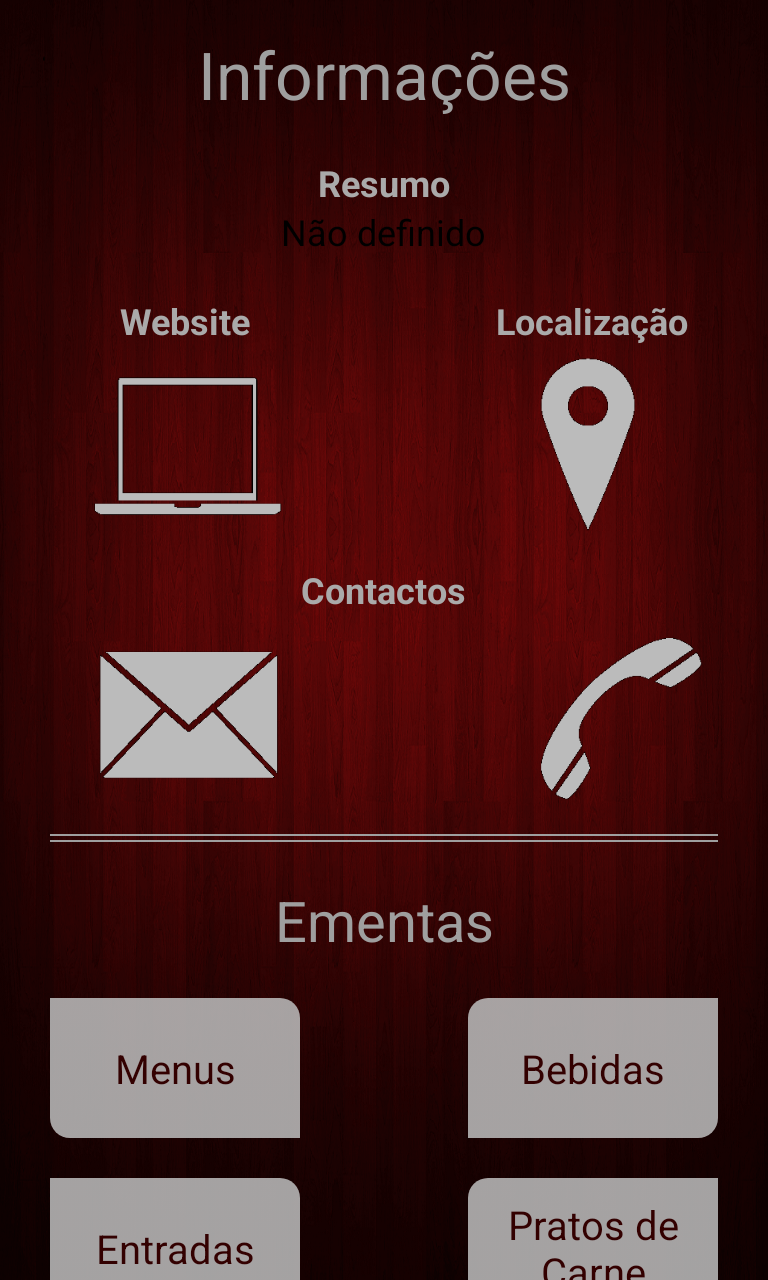
Repository: LuisFilipeDias/eMenu
Layout: SideMenuTutorial/res/layout/fragment.xml
These files come from the project's save history. The layout is drawn as it stood at one moment and after the next save; the edit follows.
It is drawn on a 768 x 1280 px phone screen (xhdpi) without system bars, with theme Theme.Sherlock; the app's code is not run.

Above is the layout before, as saved 2013-12-23 22:33:50.

### SideMenuTutorial/res/layout/fragment.xml
<LinearLayout xmlns:android="http://schemas.android.com/apk/res/android"
    xmlns:tools="http://schemas.android.com/tools"
    android:id="@+id/LinearLayout1"
    android:layout_width="match_parent"
    android:layout_height="match_parent"
    android:orientation="vertical"
    android:background="@drawable/back_a"
    tools:context=".MainActivity" >

    <ScrollView
        android:id="@+id/scrollView1"
        android:layout_width="match_parent"
        android:layout_height="match_parent">

	    <RelativeLayout
	        android:layout_width="match_parent"
	        android:layout_height="match_parent"
	        android:layout_marginLeft="25dp"
	        android:layout_marginRight="25dp" >

		    <RelativeLayout
		        android:id="@+id/relative_1"
		        android:layout_width="match_parent"
		        android:layout_height="match_parent"
		        android:layout_alignParentLeft="true"
		        android:layout_alignParentRight="true" >

		   		<TextView
		        	android:id="@+id/info_ttl"
		            android:text="@string/info_ttl"
		            android:textColor="@color/emenu_color"
		            android:layout_width="match_parent"
		            android:layout_height="match_parent"
	            	android:layout_marginTop="15dp"
		            android:textAppearance="?android:attr/textAppearanceLarge"
	            	android:gravity="center_horizontal|center_vertical"
		            android:textSize="33sp"/>

			    <TextView
			        android:id="@+id/resumee_ttl"
			        android:layout_width="wrap_content"
			        android:layout_height="wrap_content"
			        android:layout_below="@+id/info_ttl"
			        android:layout_centerHorizontal="true"
			        android:layout_marginTop="20dp"
			        android:text="@string/resumee_ttl"
			        android:textAppearance="?android:attr/textAppearanceLarge"
			        android:textColor="@android:color/darker_gray"
			        android:textSize="18sp"
			        android:textStyle="bold" />

			    <TextView
			        android:id="@+id/resumee_txt"
			        android:layout_width="wrap_content"
			        android:layout_height="wrap_content"
			        android:layout_below="@+id/resumee_ttl"
			        android:layout_centerHorizontal="true"
			        android:text="@string/resumee_txt"
			        android:textAppearance="?android:attr/textAppearanceLarge"
			        android:textSize="18sp" />

		   		<TextView
		            android:id="@+id/website_ttl"
		            android:text="@string/website_ttl"
		            android:textStyle="bold"
		            android:textColor="@android:color/darker_gray"
		            android:layout_width="wrap_content"
		            android:layout_height="wrap_content"
	            	android:layout_marginTop="20dp"
	            	android:layout_marginLeft="35dp"
	            	android:layout_below="@+id/resumee_txt"
		            android:textAppearance="?android:attr/textAppearanceLarge"
		            android:clickable="true"
		            android:textSize="18sp" />

		   		<Button
		            android:id="@+id/website_txt"
		            android:layout_width="100dp"
		            android:layout_height="100dp"
	            	android:layout_marginLeft="-15dp"
	            	android:layout_below="@+id/website_ttl"
			        android:layout_alignLeft="@+id/website_ttl"
	            	android:background="@drawable/website_clicked"
	            	android:onClick="websiteClicked" />

			   	<TextView
			       	android:id="@+id/location_ttl"
			       	android:layout_width="wrap_content"
			       	android:layout_height="wrap_content"
	               	android:layout_marginTop="20dp"
	               	android:layout_marginRight="15dp"
			       	android:layout_alignParentRight="true"
	            	android:layout_below="@+id/resumee_txt"
			       	android:clickable="true"
			       	android:text="@string/location_ttl"
			       	android:textAppearance="?android:attr/textAppearanceLarge"
			       	android:textColor="@android:color/darker_gray"
			       	android:textSize="18sp"
			       	android:textStyle="bold" />

			   	<Button
			       	android:id="@+id/location_txt"
			       	android:layout_width="100dp"
			       	android:layout_height="100dp"
	               	android:layout_below="@+id/location_ttl"
			       	android:layout_alignRight="@+id/location_ttl"
			       	android:background="@drawable/local_clicked"
			       	android:onClick="locationClicked" />

		   		<TextView
			       	android:id="@+id/contacts_ttl"
			       	android:layout_width="wrap_content"
			       	android:layout_height="wrap_content"
			       	android:layout_below="@+id/location_txt"
			       	android:layout_marginTop="10dp"
			       	android:clickable="true"
			       	android:text="@string/contacts_ttl"
			        android:layout_centerHorizontal="true"
			       	android:textAppearance="?android:attr/textAppearanceLarge"
			       	android:textColor="@android:color/darker_gray"
			       	android:textSize="18sp"
			       	android:textStyle="bold" />

		   		<TextView
		            android:id="@+id/email_txt"
	            	android:background="@drawable/email_clicked"
		            android:layout_width="100dp"
		            android:layout_height="100dp"
	            	android:layout_marginLeft="20dp"
	            	android:layout_below="@+id/contacts_ttl"
		            android:clickable="true"
	           	 	android:onClick="emailClicked" />

			   	<TextView
			       	android:id="@+id/phone_txt"
			       	android:background="@drawable/phone_clicked"
			       	android:layout_width="100dp"
			       	android:layout_height="100dp"
	            	android:layout_marginLeft="20dp"
	            	android:layout_below="@+id/contacts_ttl"
			       	android:layout_alignParentRight="true"
			       	android:clickable="true"
			       	android:onClick="phoneClicked" />

		    </RelativeLayout>

		        <View
		            android:id="@+id/sep_1"
		            android:background="@color/emenu_color"
		            android:layout_width="fill_parent"
		            android:layout_height="1dp"
		            android:layout_marginTop="10dp"
	            	android:layout_below="@+id/relative_1" />

		        <View
		            android:id="@+id/sep_2"
		            android:background="@color/emenu_color"
		            android:layout_width="fill_parent"
		            android:layout_height="1dp"
		            android:layout_marginBottom="10dp"
		            android:layout_marginTop="2dp"
	            	android:layout_below="@+id/sep_1"/>

		   <TextView
		            android:id="@+id/carte_ttl"
		            android:text="@string/carte_ttl"
		            android:textColor="@color/emenu_color"
		            android:layout_width="match_parent"
		            android:layout_height="match_parent"
	            	android:layout_marginTop="10dp"
		            android:textAppearance="?android:attr/textAppearanceLarge"
	            	android:gravity="center_horizontal|center_vertical"
	            	android:layout_below="@+id/sep_2"
		            android:textSize="28sp" />

	        <TextView
	            android:id="@+id/menu_txt"
	            android:text="@string/menu_txt"
	            android:textColor="@color/brown"
	            android:layout_width="125dp"
	            android:layout_height="70dp"
	            android:layout_marginTop="20dp"
	            android:layout_below="@+id/carte_ttl"
	            android:background="@drawable/left_clicked"
	            android:gravity="center_horizontal|center_vertical"
	            android:textAppearance="?android:attr/textAppearanceLarge"
		        android:clickable="true"
	            android:onClick="menuClicked"
	            android:textSize="20sp" />

	        <TextView
	            android:id="@+id/drinks_txt"
	            android:text="@string/drinks_txt"
	            android:textColor="@color/brown"
	            android:layout_width="125dp"
	            android:layout_height="70dp"
	            android:layout_marginTop="20dp"
	            android:layout_alignBottom="@+id/menu_txt"
	            android:layout_alignParentRight="true"
	            android:background="@drawable/right_clicked"
	            android:gravity="center_horizontal|center_vertical"
	            android:textAppearance="?android:attr/textAppearanceLarge"
	            android:clickable="true"
	            android:onClick="drinksClicked"
	            android:textSize="20sp" />

	        <TextView
	            android:id="@+id/entry_txt"
	            android:text="@string/entry_txt"
	            android:textColor="@color/brown"
	            android:layout_width="125dp"
	            android:layout_height="70dp"
	            android:layout_marginTop="20dp"
	            android:layout_alignParentLeft="true"
	            android:layout_below="@+id/menu_txt"
	            android:background="@drawable/left_clicked"
	            android:gravity="center_horizontal|center_vertical"
	            android:textAppearance="?android:attr/textAppearanceLarge"
	            android:clickable="true"
	            android:onClick="entryClicked"
	            android:textSize="20sp" />

	        <TextView
	            android:id="@+id/meat_txt"
	            android:text="@string/meat_txt"
	            android:textColor="@color/brown"
	            android:layout_width="125dp"
	            android:layout_height="70dp"
	            android:layout_marginTop="20dp"
	            android:layout_alignBottom="@+id/entry_txt"
	            android:layout_alignParentRight="true"
	            android:background="@drawable/right_clicked"
	            android:gravity="center_horizontal|center_vertical"
	            android:textAppearance="?android:attr/textAppearanceLarge"
	            android:clickable="true"
	            android:onClick="meatClicked"
	            android:textSize="20sp" />

	        <TextView
	            android:id="@+id/fish_txt"
	            android:text="@string/fish_txt"
	            android:textColor="@color/brown"
	            android:layout_width="125dp"
	            android:layout_height="70dp"
	            android:layout_below="@+id/meat_txt"
	            android:layout_marginTop="20dp"
	            android:background="@drawable/left_clicked"
	            android:gravity="center_horizontal|center_vertical"
	            android:textAppearance="?android:attr/textAppearanceLarge"
	            android:clickable="true"
	            android:onClick="fishClicked"
	            android:textSize="20sp" />

	        <TextView
	            android:id="@+id/others_txt"
	            android:text="@string/others_txt"
	            android:textColor="@color/brown"
	            android:layout_width="125dp"
	            android:layout_height="70dp"
	            android:layout_marginTop="20dp"
	            android:layout_alignBottom="@+id/fish_txt"
	            android:layout_alignParentRight="true"
	            android:background="@drawable/right_clicked"
	            android:gravity="center_horizontal|center_vertical"
	            android:textAppearance="?android:attr/textAppearanceLarge"
	            android:clickable="true"
	            android:onClick="othersClicked"
	            android:textSize="20sp" />

	        <TextView
	            android:id="@+id/deserts_txt"
	            android:text="@string/deserts_txt"
	            android:textColor="@color/brown"
	            android:layout_width="125dp"
	            android:layout_height="70dp"
	            android:layout_marginTop="20dp"
	            android:layout_below="@+id/others_txt"
	            android:layout_centerHorizontal="true"
	            android:background="@drawable/center_clicked"
	            android:gravity="center_horizontal|center_vertical"
	            android:textAppearance="?android:attr/textAppearanceLarge"
	            android:clickable="true"
	            android:textSize="20sp"
	            android:onClick="desertClicked"
        		android:layout_marginBottom="20dp"/>

		   <View
		        android:id="@+id/sep_3"
		        android:background="@color/emenu_color"
		        android:layout_width="fill_parent"
		        android:layout_height="1dp"
		        android:layout_marginTop="20dp"
	         	android:layout_below="@+id/deserts_txt" />

	    </RelativeLayout>
    </ScrollView>

</LinearLayout>

### SideMenuTutorial/res/values/strings.xml
<?xml version="1.0" encoding="utf-8"?>
<resources>


    <string name="drawer_close">drawer_close</string>
    <string name="drawer_open">drawer_open</string>
    <string name="title_activity_fetch_database">title_activity_fetch_database</string>
    <string name="title_activity_main">Escolher Restaurante</string>
    <string name="title_activity_display">Escolher Opção</string>
    <string name="title_activity_menu">Restaurantes</string>
    <string name="title_display_activity">Escolher</string>
    <string name="action_settings">action_settings</string>
    <string name="Fragment1">Fragment1</string>
    <string name="Fragment2">Fragment2</string>
    <string name="Fragment3">Fragment3</string>
    <string name="hello_world">Hello</string>
    <string name="Fragment1">Fragment1</string>
    <string name="menu_settings">Definições</string>

    <string name="menu_txt">Menus</string>
    <string name="entry_txt">Entradas</string>
    <string name="meat_txt">Pratos de Carne</string>
    <string name="fish_txt">Pratos de peixe</string>
    <string name="others_txt">Outros Pratos</string>
    <string name="deserts_txt">Sobremesas</string>
    <string name="drinks_txt">Bebidas</string>

    <string name="app_name">eMenu</string>
    <string name="carte_ttl">Ementas</string>
    <string name="info_ttl">Informações</string>

    <string name="resumee_ttl">Resumo</string>
    <string name="resumee_txt">Não definido    </string>
    <string name="website_ttl">Website</string>
    <string name="website_txt">Não definido    </string>
    <string name="location_ttl">Localização</string>
    <string name="location_txt">Não definido    </string>
    <string name="contacts_ttl">Contactos</string>
    <string name="phone_txt">- Telefones -</string>
    <string name="email_txt">- Emails -</string>

    <string name="bogus_ttl">Opção</string>
    <string name="bogus_txt"> - Não disponível...\n\n</string>
    <string name="bogus_price"> </string>

    <string name="left_btn_txt">Left</string>
    <string name="right_btn_txt">Right</string>
</resources>

### SideMenuTutorial/res/values/colors.xml
<?xml version="1.0" encoding="utf-8"?>
<resources>
        <color name="background_color">#888888</color>
        <color name="text_color">#00FFFF</color>
        <color name="random_color">#0000FF</color>
        <color name="light_grey">#EBEBEB</color>
        <color name="medium_grey">#A0A0A0</color>
        <color name="dark_grey">#646464</color>
        <color name="light_red">#FFE2E2</color>
        <color name="medium_red">#FFB4B4</color>
        <color name="light_blue">#E2E2FF</color>
        <color name="medium_blue">#B4B4FF</color>
        <color name="dark_blue">#0000FF</color>
        <color name="light_green">#E2FFE2</color>
        <color name="medium_green">#B4FFB4</color>
        <color name="emenu_color">#9F9F9F</color>
        <color name="light_orange">#FFC983</color>
        <color name="medium_orange">#FFB778</color>
        <color name="light_yellow">#FFFFBF</color>
        <color name="medium_yellow">#FFFFA3</color>
        <color name="white">#FFFFFF</color>
        <color name="top_blue">#3399CC</color>
        <color name="brown">#330000</color>
</resources>

### SideMenuTutorial/res/drawable/website_clicked.xml
<?xml version="1.0" encoding="utf-8"?>
<selector xmlns:android="http://schemas.android.com/apk/res/android">
<!-- Button Focused-->
    <item   android:state_focused="true"
            android:state_pressed="false"
            android:drawable="@drawable/website_click"
            />
<!-- Button Focused Pressed-->
    <item   android:state_focused="true"
            android:state_pressed="true"
            android:drawable="@drawable/website_click"
            />
<!-- Button Pressed-->
    <item   android:state_focused="false"
            android:state_pressed="true"
            android:drawable="@drawable/website_click"
            />
<!-- Button Default Image-->
    <item   android:drawable="@drawable/website"/>

</selector>

### SideMenuTutorial/res/drawable/local_clicked.xml
<?xml version="1.0" encoding="utf-8"?>
<selector xmlns:android="http://schemas.android.com/apk/res/android">
<!-- Button Focused-->
    <item   android:state_focused="true"
            android:state_pressed="false"
            android:drawable="@drawable/local_click"
            />
<!-- Button Focused Pressed-->
    <item   android:state_focused="true"
            android:state_pressed="true"
            android:drawable="@drawable/local_click"
            />
<!-- Button Pressed-->
    <item   android:state_focused="false"
            android:state_pressed="true"
            android:drawable="@drawable/local_click"
            />
<!-- Button Default Image-->
    <item   android:drawable="@drawable/local"/>

</selector>

### SideMenuTutorial/res/drawable/email_clicked.xml
<?xml version="1.0" encoding="utf-8"?>
<selector xmlns:android="http://schemas.android.com/apk/res/android">
<!-- Button Focused-->
    <item   android:state_focused="true"
            android:state_pressed="false"
            android:drawable="@drawable/email_click"
            />
<!-- Button Focused Pressed-->
    <item   android:state_focused="true"
            android:state_pressed="true"
            android:drawable="@drawable/email_click"
            />
<!-- Button Pressed-->
    <item   android:state_focused="false"
            android:state_pressed="true"
            android:drawable="@drawable/email_click"
            />
<!-- Button Default Image-->
    <item   android:drawable="@drawable/email"/>

</selector>

### SideMenuTutorial/res/drawable/phone_clicked.xml
<?xml version="1.0" encoding="utf-8"?>
<selector xmlns:android="http://schemas.android.com/apk/res/android">
<!-- Button Focused-->
    <item   android:state_focused="true"
            android:state_pressed="false"
            android:drawable="@drawable/phone_click"
            />
<!-- Button Focused Pressed-->
    <item   android:state_focused="true"
            android:state_pressed="true"
            android:drawable="@drawable/phone_click"
            />
<!-- Button Pressed-->
    <item   android:state_focused="false"
            android:state_pressed="true"
            android:drawable="@drawable/phone_click"
            />
<!-- Button Default Image-->
    <item   android:drawable="@drawable/phone"/>

</selector>

### SideMenuTutorial/res/drawable/left_clicked.xml
<?xml version="1.0" encoding="utf-8"?>
<selector xmlns:android="http://schemas.android.com/apk/res/android">
<!-- Button Focused-->
    <item   android:state_focused="true"
            android:state_pressed="false"
            android:drawable="@drawable/left_bg"
            />
<!-- Button Focused Pressed-->
    <item   android:state_focused="true"
            android:state_pressed="true"
            android:drawable="@drawable/left_bg"
            />
<!-- Button Pressed-->
    <item   android:state_focused="false"
            android:state_pressed="true"
            android:drawable="@drawable/left_bg"
            />
<!-- Button Default Image-->
    <item   android:drawable="@drawable/left_hover"/>

</selector>

### SideMenuTutorial/res/drawable/right_clicked.xml
<?xml version="1.0" encoding="utf-8"?>
<selector xmlns:android="http://schemas.android.com/apk/res/android">
<!-- Button Focused-->
    <item   android:state_focused="true"
            android:state_pressed="false"
            android:drawable="@drawable/right_bg"
            />
<!-- Button Focused Pressed-->
    <item   android:state_focused="true"
            android:state_pressed="true"
            android:drawable="@drawable/right_bg"
            />
<!-- Button Pressed-->
    <item   android:state_focused="false"
            android:state_pressed="true"
            android:drawable="@drawable/right_bg"
            />
<!-- Button Default Image-->
    <item   android:drawable="@drawable/right_hover"/>

</selector>

### SideMenuTutorial/res/drawable/center_clicked.xml
<?xml version="1.0" encoding="utf-8"?>
<selector xmlns:android="http://schemas.android.com/apk/res/android">
<!-- Button Focused-->
    <item   android:state_focused="true"
            android:state_pressed="false"
            android:drawable="@drawable/center_bg"
            />
<!-- Button Focused Pressed-->
    <item   android:state_focused="true"
            android:state_pressed="true"
            android:drawable="@drawable/center_bg"
            />
<!-- Button Pressed-->
    <item   android:state_focused="false"
            android:state_pressed="true"
            android:drawable="@drawable/center_bg"
            />
<!-- Button Default Image-->
    <item   android:drawable="@drawable/center_hover"/>

</selector>

### SideMenuTutorial/res/drawable/center_bg.xml
<?xml version="1.0" encoding="UTF-8"?>
<shape xmlns:android="http://schemas.android.com/apk/res/android">
<!--this is to give gradient effect -->
<gradient   android:angle="270"
            android:startColor="#FFFFFFFF"
            android:endColor="#FFFFFFFF"
            />
<!-- this is make corners of button rounded -->
<corners    android:topLeftRadius="10dip"
               android:bottomRightRadius="10dip"
               android:topRightRadius="10dip"
               android:bottomLeftRadius="10dip"/>

</shape>

### SideMenuTutorial/res/drawable/center_hover.xml
<?xml version="1.0" encoding="UTF-8"?>
<shape xmlns:android="http://schemas.android.com/apk/res/android">
<!--this is to give gradient effect -->
<gradient   android:angle="270"
               android:startColor="#DDBBBBBB"
               android:endColor="#DDBBBBBB"
               />
<!-- this is make corners of button rounded -->
<corners    android:topLeftRadius="10dip"
               android:bottomRightRadius="10dip"
               android:topRightRadius="10dip"
               android:bottomLeftRadius="10dip"/>

</shape>

### SideMenuTutorial/res/drawable/right_bg.xml
<?xml version="1.0" encoding="UTF-8"?>
<shape xmlns:android="http://schemas.android.com/apk/res/android">
<!--this is to give gradient effect -->
<gradient   android:angle="270"
            android:startColor="#FFFFFFFF"
            android:endColor="#FFFFFFFF"
            />
<!-- this is make corners of button rounded -->
<corners    android:topLeftRadius="10dip"
               android:bottomRightRadius="10dip"
               android:topRightRadius="0dip"
               android:bottomLeftRadius="0dip"/>

</shape>

### SideMenuTutorial/res/drawable/right_hover.xml
<?xml version="1.0" encoding="UTF-8"?>
<shape xmlns:android="http://schemas.android.com/apk/res/android">
<!--this is to give gradient effect -->
<gradient   android:angle="270"
               android:startColor="#DDBBBBBB"
               android:endColor="#DDBBBBBB"
               />
<!-- this is make corners of button rounded -->
<corners    android:topLeftRadius="10dip"
               android:bottomRightRadius="10dip"
               android:topRightRadius="0dip"
               android:bottomLeftRadius="0dip"/>

</shape>

### SideMenuTutorial/res/drawable/left_bg.xml
<?xml version="1.0" encoding="UTF-8"?>
<shape xmlns:android="http://schemas.android.com/apk/res/android">
<!--this is to give gradient effect -->
<gradient   android:angle="270"
            android:startColor="#FFFFFFFF"
            android:endColor="#FFFFFFFF"
            />
<!-- this is make corners of button rounded -->
<corners    android:topLeftRadius="0dip"
               android:bottomRightRadius="0dip"
               android:topRightRadius="10dip"
               android:bottomLeftRadius="10dip"/>

</shape>

### SideMenuTutorial/res/drawable/left_hover.xml
<?xml version="1.0" encoding="UTF-8"?>
<shape xmlns:android="http://schemas.android.com/apk/res/android">
<!--this is to give gradient effect -->
<gradient   android:angle="270"
               android:startColor="#DDBBBBBB"
               android:endColor="#DDBBBBBB"
               />
<!-- this is make corners of button rounded -->
<corners    android:topLeftRadius="0dip"
               android:bottomRightRadius="0dip"
               android:topRightRadius="10dip"
               android:bottomLeftRadius="10dip"/>

</shape>

After the next save:
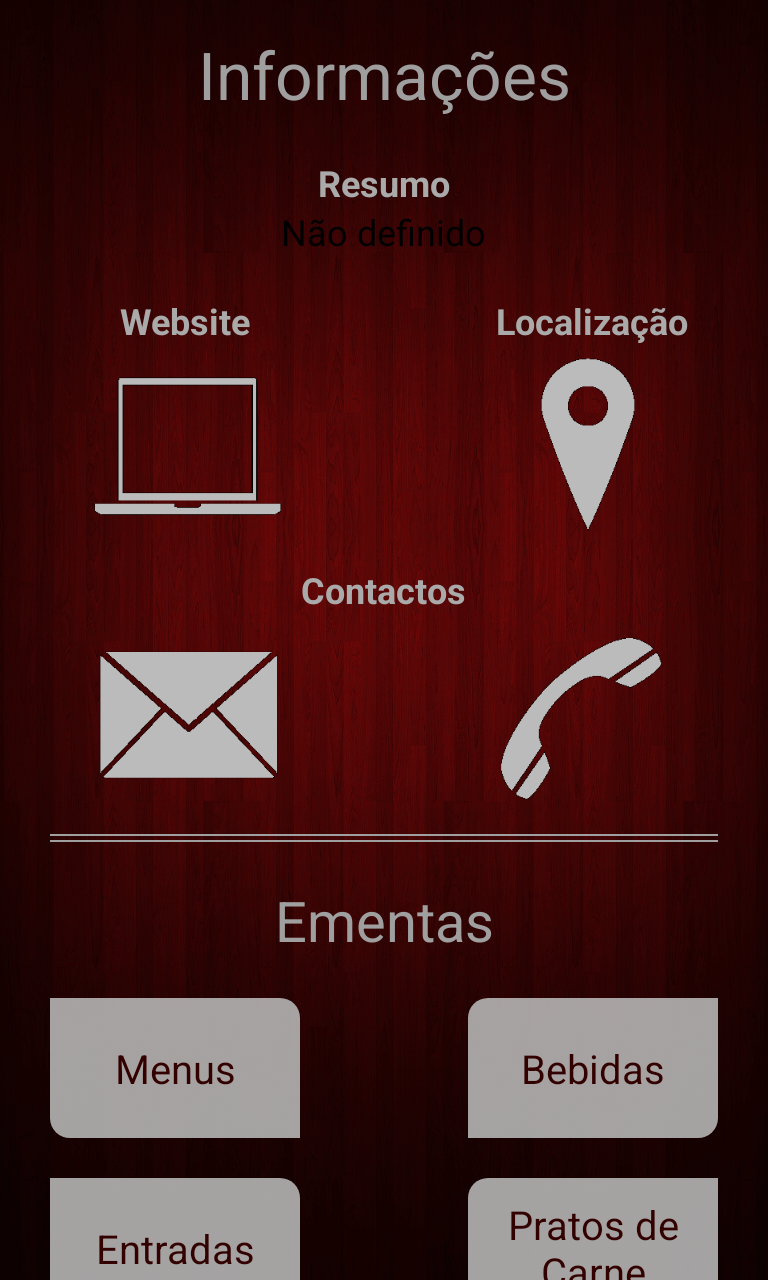
Saved 11 s later.
--- a/SideMenuTutorial/res/layout/fragment.xml
+++ b/SideMenuTutorial/res/layout/fragment.xml
@@ -136,7 +136,7 @@
 			       	android:background="@drawable/phone_clicked"
 			       	android:layout_width="100dp"
 			       	android:layout_height="100dp"
-	            	android:layout_marginLeft="20dp"
+	            	android:layout_marginRight="20dp"
 	            	android:layout_below="@+id/contacts_ttl"
 			       	android:layout_alignParentRight="true"
 			       	android:clickable="true"
